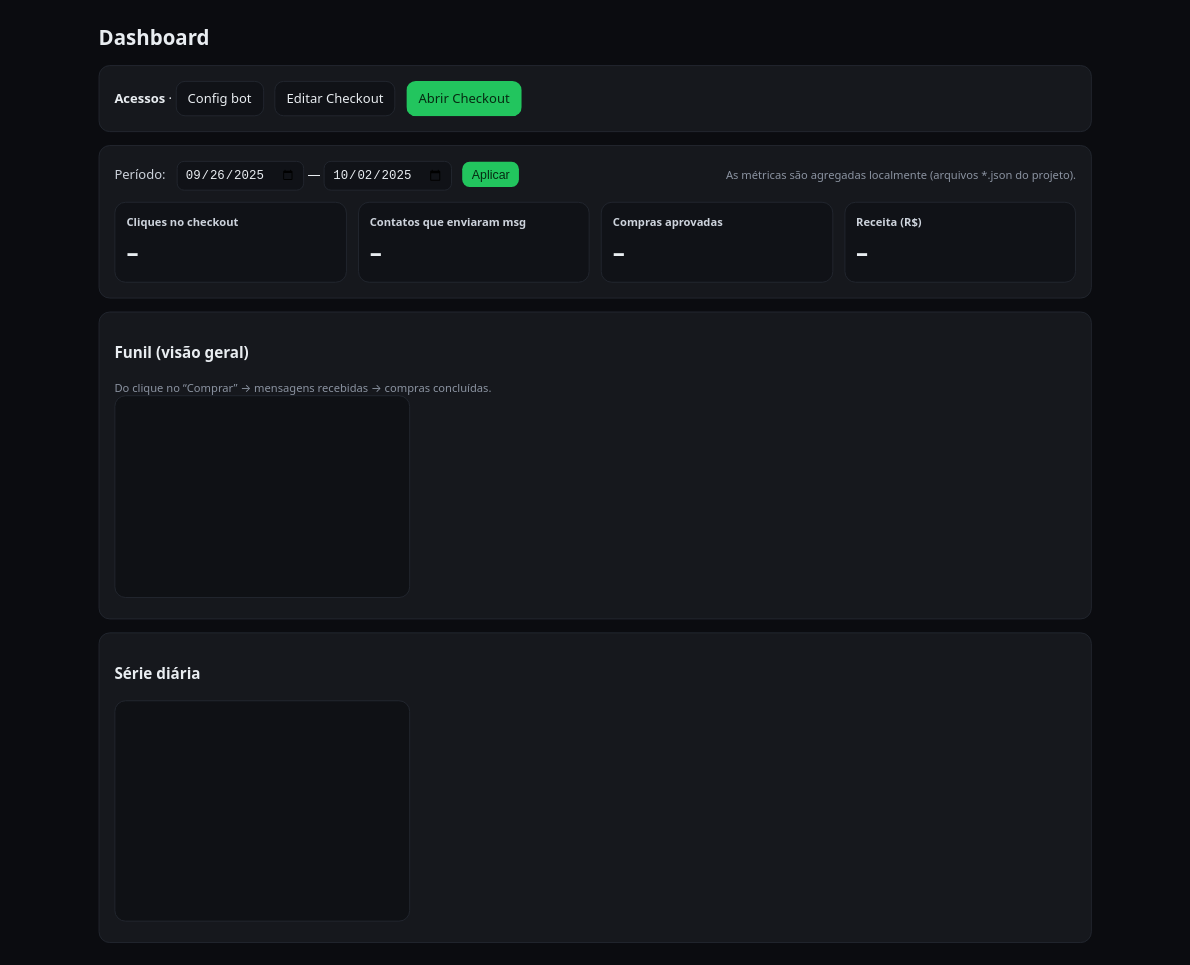
Repository: Rob-son-prog/hiveloja-whatsapp
Page: admin/dashboard.html
An editor plug-in stored every save of this project. The page is shown before and after the next save, followed by the edit.
The browser window is 1280 px wide. The pictures show the whole page, at 93% of full size.

Above is the page before, as saved 2025-10-10 14:47:46.

### admin/dashboard.html
<!doctype html>
<html lang="pt-BR">
<head>
  <meta charset="utf-8" />
  <title>Dashboard — Hiveloja</title>
  <meta name="viewport" content="width=device-width, initial-scale=1" />
  <link rel="preconnect" href="https://cdn.jsdelivr.net" />
  <script src="https://cdn.jsdelivr.net/npm/chart.js@4.4.1/dist/chart.umd.min.js"></script>
  <style>
    :root{--bg:#0b0c10;--card:#16181d;--muted:#8b93a1;--txt:#e9edf1;--acc:#22c55e;--bd:#232730}
    *{box-sizing:border-box}
    body{margin:0;font:14px/1.45 system-ui,-apple-system,Segoe UI,Roboto,Arial;background:var(--bg);color:var(--txt)}
    .wrap{max-width:1100px;margin:24px auto;padding:0 16px}
    h1{font-size:22px;margin:0 0 12px}
    .row{display:flex;gap:10px;flex-wrap:wrap;align-items:center}
    .menu a{display:inline-block;margin-right:8px;padding:8px 12px;border:1px solid var(--bd);border-radius:10px;background:#101217;color:var(--txt);text-decoration:none}
    .menu a.primary{background:var(--acc);color:#062a12;border-color:transparent}
    .card{background:var(--card);border:1px solid var(--bd);border-radius:12px;padding:16px;margin:14px 0}
    .kpis{display:grid;grid-template-columns:repeat(4,1fr);gap:12px}
    .kpi{background:#101217;border:1px solid var(--bd);border-radius:12px;padding:12px}
    .kpi h3{font-size:12px;margin:0;color:#cdd3dc}
    .kpi .v{font-size:26px;font-weight:700;margin-top:6px}
    label{color:#cdd3dc;margin-right:8px}
    input[type=date]{background:#101217;color:var(--txt);border:1px solid var(--bd);border-radius:8px;padding:6px 8px}
    .muted{color:var(--muted);font-size:12px}
    canvas{background:#0f1115;border:1px solid var(--bd);border-radius:12px;padding:8px}
    @media (max-width:900px){.kpis{grid-template-columns:1fr 1fr}}
    @media (max-width:560px){.kpis{grid-template-columns:1fr}}
  </style>
</head>
<body>
  <div class="wrap">
    <h1>Dashboard</h1>

    <div class="menu card">
      <strong>Acessos</strong> ·
      <a href="/admin/index.html">Config bot</a>
      <a href="/admin/editar-checkout.html">Editar Checkout</a>
      <a class="primary" href="/checkout/">Abrir Checkout</a>
    </div>

    <div class="card">
      <div class="row" style="justify-content:space-between">
        <div>
          <label>Período:</label>
          <input id="from" type="date"> —
          <input id="to" type="date">
          <button id="apply" style="margin-left:8px;padding:6px 10px;border:0;border-radius:8px;background:var(--acc);color:#062a12;cursor:pointer;">Aplicar</button>
        </div>
        <div class="muted">As métricas são agregadas localmente (arquivos *.json do projeto).</div>
      </div>

      <div class="kpis" style="margin-top:12px">
        <div class="kpi">
          <h3>Cliques no checkout</h3>
          <div id="k_checkout_clicks" class="v">–</div>
        </div>
        <div class="kpi">
          <h3>Contatos que enviaram msg</h3>
          <div id="k_leads_msg" class="v">–</div>
        </div>
        <div class="kpi">
          <h3>Compras aprovadas</h3>
          <div id="k_sales" class="v">–</div>
        </div>
        <div class="kpi">
          <h3>Receita (R$)</h3>
          <div id="k_revenue" class="v">–</div>
        </div>
      </div>
    </div>

    <div class="card">
      <h3>Funil (visão geral)</h3>
      <div class="muted">Do clique no “Comprar” → mensagens recebidas → compras concluídas.</div>
      <canvas id="funnel" height="200"></canvas>
    </div>

    <div class="card">
      <h3>Série diária</h3>
      <canvas id="series" height="220"></canvas>
    </div>
  </div>

  <script>
    const $ = sel => document.querySelector(sel);

    // datas padrão (últimos 7 dias)
    (() => {
      const to = new Date();
      const from = new Date(Date.now() - 6*24*3600*1000);
      $('#to').value = to.toISOString().slice(0,10);
      $('#from').value = from.toISOString().slice(0,10);
    })();

    let funnelChart, seriesChart;

    async function loadStats(){
      const qs = new URLSearchParams({ from: $('#from').value, to: $('#to').value }).toString();
      const r = await fetch('/analytics/stats?'+qs);
      const j = await r.json();

      // KPIs
      $('#k_checkout_clicks').textContent = j.totals.checkout_clicks;
      $('#k_leads_msg').textContent = j.totals.unique_msg_in;
      $('#k_sales').textContent = j.totals.sales_count;
      $('#k_revenue').textContent = (j.totals.revenue.toFixed(2)).replace('.',',');

      // FUNIL
      const funnelData = [j.totals.checkout_clicks, j.totals.unique_msg_in, j.totals.sales_count];
      const funnelLabels = ['Cliques', 'Msgs recebidas', 'Compras'];

      if (funnelChart) funnelChart.destroy();
      funnelChart = new Chart($('#funnel'), {
        type:'bar',
        data:{ labels:funnelLabels, datasets:[{ label:'Etapas', data:funnelData }] },
        options:{ plugins:{legend:{display:false}}}
      });

      // Série diária
      const labels = j.daily.map(d => d.date);
      const clicks = j.daily.map(d => d.checkout_clicks);
      const msgs   = j.daily.map(d => d.unique_msg_in);
      const sales  = j.daily.map(d => d.sales_count);

      if (seriesChart) seriesChart.destroy();
      seriesChart = new Chart($('#series'), {
        type:'line',
        data: {
          labels,
          datasets: [
            { label:'Cliques', data: clicks },
            { label:'Msgs', data: msgs },
            { label:'Vendas', data: sales }
          ]
        },
        options:{ tension:.25 }
      });
    }

    $('#apply').onclick = loadStats;
    loadStats();
  </script>
</body>
</html>

After the next save:
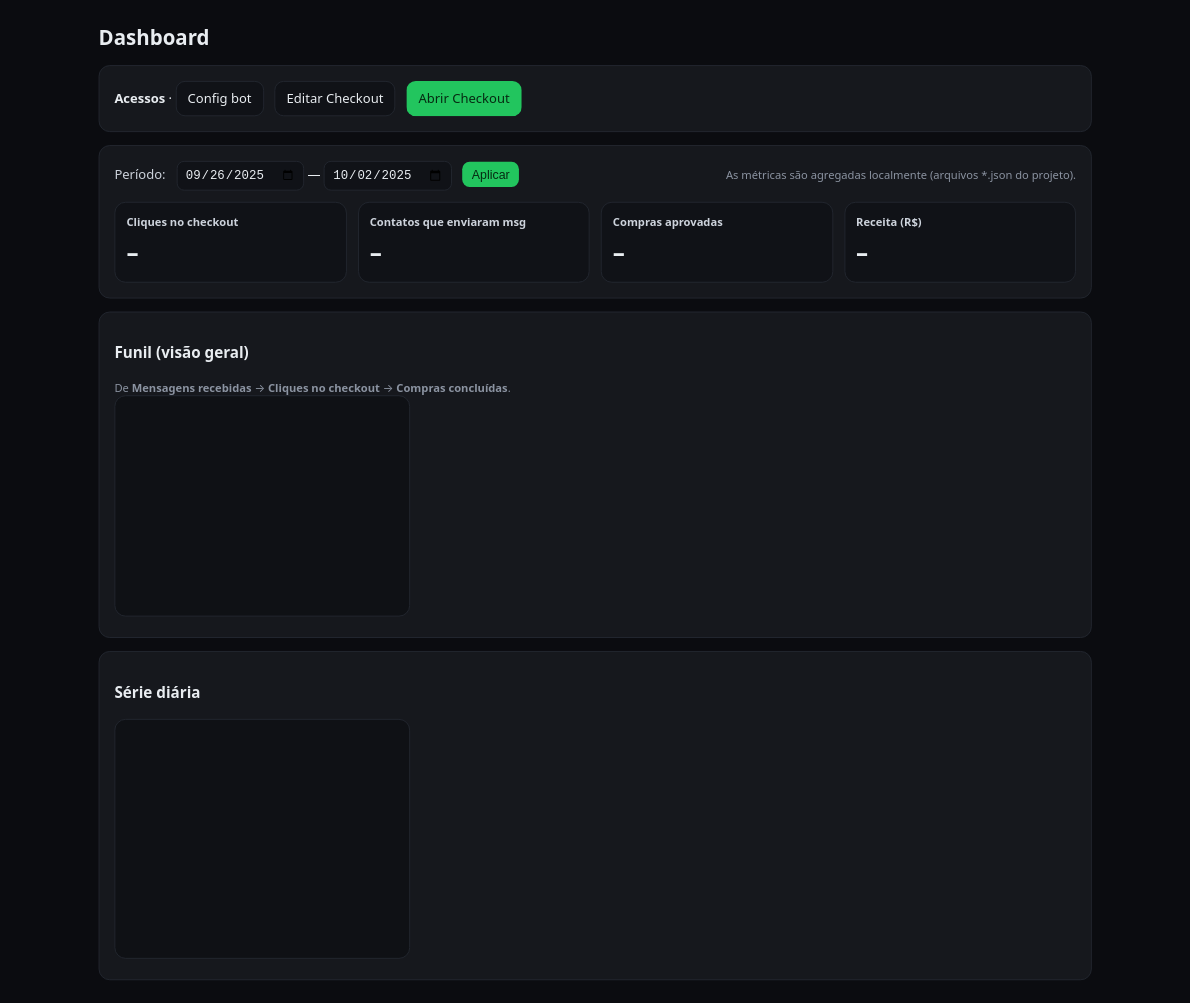
Saved 27 min 48 s later.
--- a/admin/dashboard.html
+++ b/admin/dashboard.html
@@ -7,7 +7,14 @@
   <link rel="preconnect" href="https://cdn.jsdelivr.net" />
   <script src="https://cdn.jsdelivr.net/npm/chart.js@4.4.1/dist/chart.umd.min.js"></script>
   <style>
-    :root{--bg:#0b0c10;--card:#16181d;--muted:#8b93a1;--txt:#e9edf1;--acc:#22c55e;--bd:#232730}
+    :root{
+      --bg:#0b0c10; --card:#16181d; --muted:#8b93a1; --txt:#e9edf1; --acc:#22c55e; --bd:#232730;
+      /* paleta viva */
+      --c1:#3b82f6;  /* azul */
+      --c2:#a855f7;  /* roxo */
+      --c3:#22c55e;  /* verde */
+      --c4:#f59e0b;  /* âmbar (extra para série, se precisar) */
+    }
     *{box-sizing:border-box}
     body{margin:0;font:14px/1.45 system-ui,-apple-system,Segoe UI,Roboto,Arial;background:var(--bg);color:var(--txt)}
     .wrap{max-width:1100px;margin:24px auto;padding:0 16px}
@@ -72,18 +79,23 @@
 
     <div class="card">
       <h3>Funil (visão geral)</h3>
-      <div class="muted">Do clique no “Comprar” → mensagens recebidas → compras concluídas.</div>
-      <canvas id="funnel" height="200"></canvas>
+      <div class="muted">De <b>Mensagens recebidas</b> → <b>Cliques no checkout</b> → <b>Compras concluídas</b>.</div>
+      <canvas id="funnel" height="220"></canvas>
     </div>
 
     <div class="card">
       <h3>Série diária</h3>
-      <canvas id="series" height="220"></canvas>
+      <canvas id="series" height="240"></canvas>
     </div>
   </div>
 
   <script>
     const $ = sel => document.querySelector(sel);
+
+    // ====== Tema escuro para os gráficos (grades, rótulos, etc.)
+    Chart.defaults.color = getComputedStyle(document.documentElement).getPropertyValue('--muted').trim();
+    Chart.defaults.borderColor = getComputedStyle(document.documentElement).getPropertyValue('--bd').trim();
+    Chart.defaults.font.family = 'system-ui,-apple-system,Segoe UI,Roboto,Arial';
 
     // datas padrão (últimos 7 dias)
     (() => {
@@ -106,18 +118,42 @@
       $('#k_sales').textContent = j.totals.sales_count;
       $('#k_revenue').textContent = (j.totals.revenue.toFixed(2)).replace('.',',');
 
-      // FUNIL
-      const funnelData = [j.totals.checkout_clicks, j.totals.unique_msg_in, j.totals.sales_count];
-      const funnelLabels = ['Cliques', 'Msgs recebidas', 'Compras'];
+      // ==================== FUNIL ====================
+      // Ordem: Mensagens → Cliques → Compras
+      const funnelLabels = ['Msgs recebidas', 'Cliques', 'Compras'];
+      const funnelData   = [j.totals.unique_msg_in, j.totals.checkout_clicks, j.totals.sales_count];
+
+      // cores vivas
+      const c1 = getCss('--c1'), c2 = getCss('--c2'), c3 = getCss('--c3');
+      const barBg = [hexA(c1, .75), hexA(c2, .75), hexA(c3, .75)];
+      const barBd = [c1, c2, c3];
 
       if (funnelChart) funnelChart.destroy();
       funnelChart = new Chart($('#funnel'), {
         type:'bar',
-        data:{ labels:funnelLabels, datasets:[{ label:'Etapas', data:funnelData }] },
-        options:{ plugins:{legend:{display:false}}}
+        data:{
+          labels: funnelLabels,
+          datasets:[{
+            data: funnelData,
+            backgroundColor: barBg,
+            borderColor: barBd,
+            borderWidth: 2,
+            borderRadius: 10
+          }]
+        },
+        options:{
+          plugins:{
+            legend:{ display:false },
+            tooltip:{ backgroundColor:'#101217', borderColor:getCss('--bd'), borderWidth:1 }
+          },
+          scales:{
+            x:{ grid:{ display:false }, ticks:{ color:getCss('--txt') } },
+            y:{ beginAtZero:true, ticks:{ precision:0 } }
+          }
+        }
       });
 
-      // Série diária
+      // ==================== SÉRIE DIÁRIA ====================
       const labels = j.daily.map(d => d.date);
       const clicks = j.daily.map(d => d.checkout_clicks);
       const msgs   = j.daily.map(d => d.unique_msg_in);
@@ -129,13 +165,35 @@
         data: {
           labels,
           datasets: [
-            { label:'Cliques', data: clicks },
-            { label:'Msgs', data: msgs },
-            { label:'Vendas', data: sales }
+            { label:'Msgs',   data: msgs,   borderColor:c1, backgroundColor:hexA(c1,.2), tension:.25, fill:true, pointRadius:2, borderWidth:2 },
+            { label:'Cliques',data: clicks, borderColor:c2, backgroundColor:hexA(c2,.2), tension:.25, fill:true, pointRadius:2, borderWidth:2 },
+            { label:'Vendas', data: sales,  borderColor:c3, backgroundColor:hexA(c3,.2), tension:.25, fill:true, pointRadius:2, borderWidth:2 }
           ]
         },
-        options:{ tension:.25 }
+        options:{
+          plugins:{
+            legend:{ labels:{ color:getCss('--txt') } },
+            tooltip:{ backgroundColor:'#101217', borderColor:getCss('--bd'), borderWidth:1 }
+          },
+          scales:{
+            x:{ grid:{ color:getCss('--bd') }, ticks:{ color:getCss('--txt') } },
+            y:{ grid:{ color:getCss('--bd') }, ticks:{ precision:0 } }
+          }
+        }
       });
+    }
+
+    // utilitários para pegar cores do CSS e aplicar alpha
+    function getCss(varName){
+      return getComputedStyle(document.documentElement).getPropertyValue(varName).trim();
+    }
+    function hexA(hex, a){
+      // aceita #rrggbb
+      const c = hex.replace('#','');
+      const r = parseInt(c.substring(0,2),16);
+      const g = parseInt(c.substring(2,4),16);
+      const b = parseInt(c.substring(4,6),16);
+      return `rgba(${r},${g},${b},${a})`;
     }
 
     $('#apply').onclick = loadStats;
